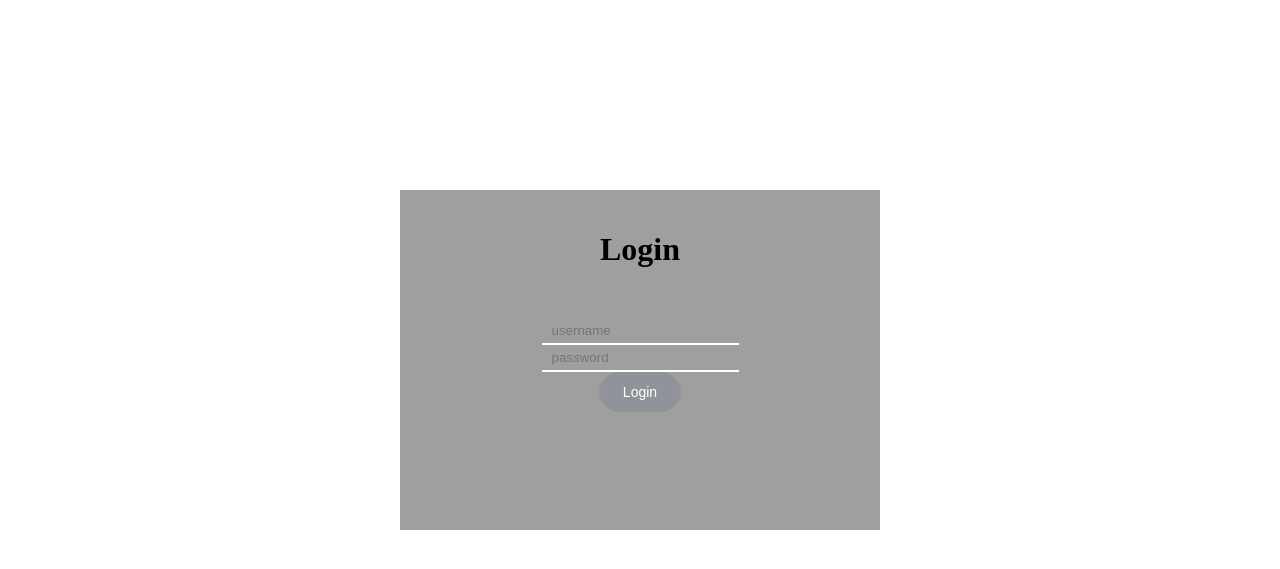
Repository: 951713487/net_shopping
Page: /
An editor plug-in stored every save of this project. The page is shown before and after the next save, followed by the edit.
The browser window is 1280 px wide. The pictures show the whole page.
The project was rebuilt for these pictures with package versions that can differ from the ones it lists, and the page was loaded fresh each time.

Above is the page before, as saved 2020-03-17 14:36:56.

After the next save:
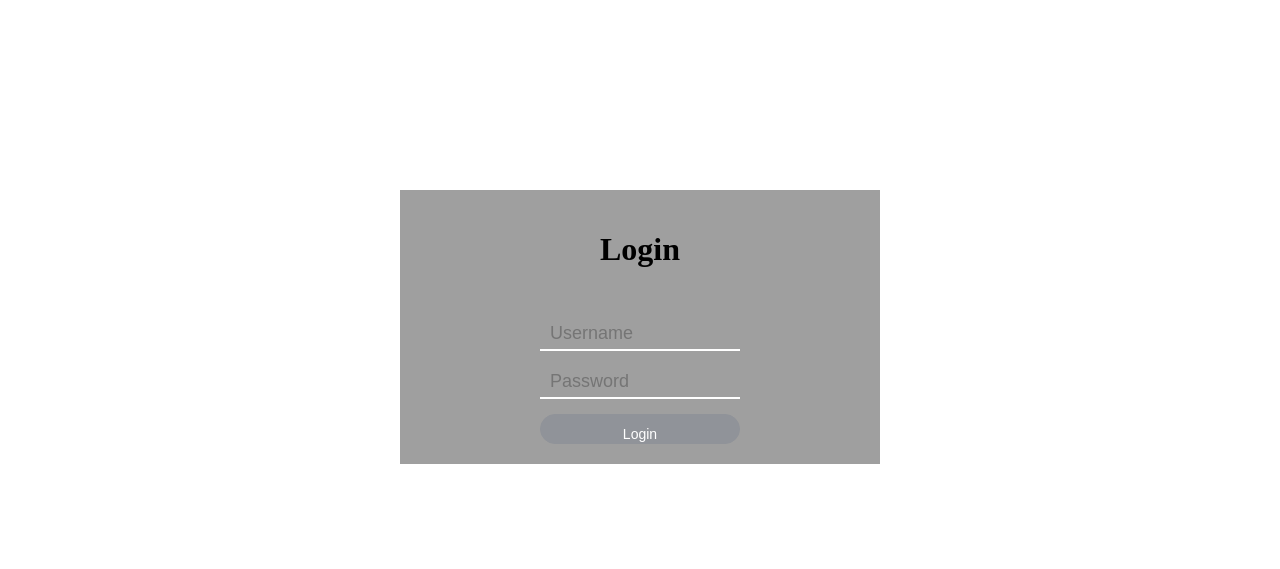
Saved 3 min 53 s later.
--- a/src/components/Login.vue
+++ b/src/components/Login.vue
@@ -4,11 +4,11 @@
     <div class="form">
       <div class="item">
         <i></i>
-        <input placeholder="username" prefix-icon="el-icon-search" v-model="input1" type="text" />
+        <input placeholder="Username" prefix-icon="el-icon-search" v-model="input1" type="text" />
       </div>
       <div class="item">
         <i></i>
-        <input placeholder="password" prefix-icon="el-icon-search" v-model="input2" type="password" />
+        <input placeholder="Password" prefix-icon="el-icon-search" v-model="input2" type="password" />
       </div>
     </div>
     <el-button type="info" round>Login</el-button>
@@ -22,7 +22,7 @@ export default {};
 <style lang="less" scoped>
 #login_box {
   width: 30%;
-  height: 300px;
+  height: auto;
   border: 1px #000;
   margin: 0 auto;
   margin-top: 15%;
@@ -35,8 +35,12 @@ export default {};
     margin-top:50px;
 
 }
-
+#login_box .form .item{
+    margin-top: 15px;
+}
 #login_box .form .item input{
+    width: 180px;
+    font-size: 18px;
     border: 0;
     border-bottom: 2px solid #fff;
     padding: 5px 10px;
@@ -44,4 +48,9 @@ export default {};
     color: #fff;
 
 }
+#login_box button{
+    margin-top:15px;
+    width: 200px;
+    height: 30px
+}
 </style>
